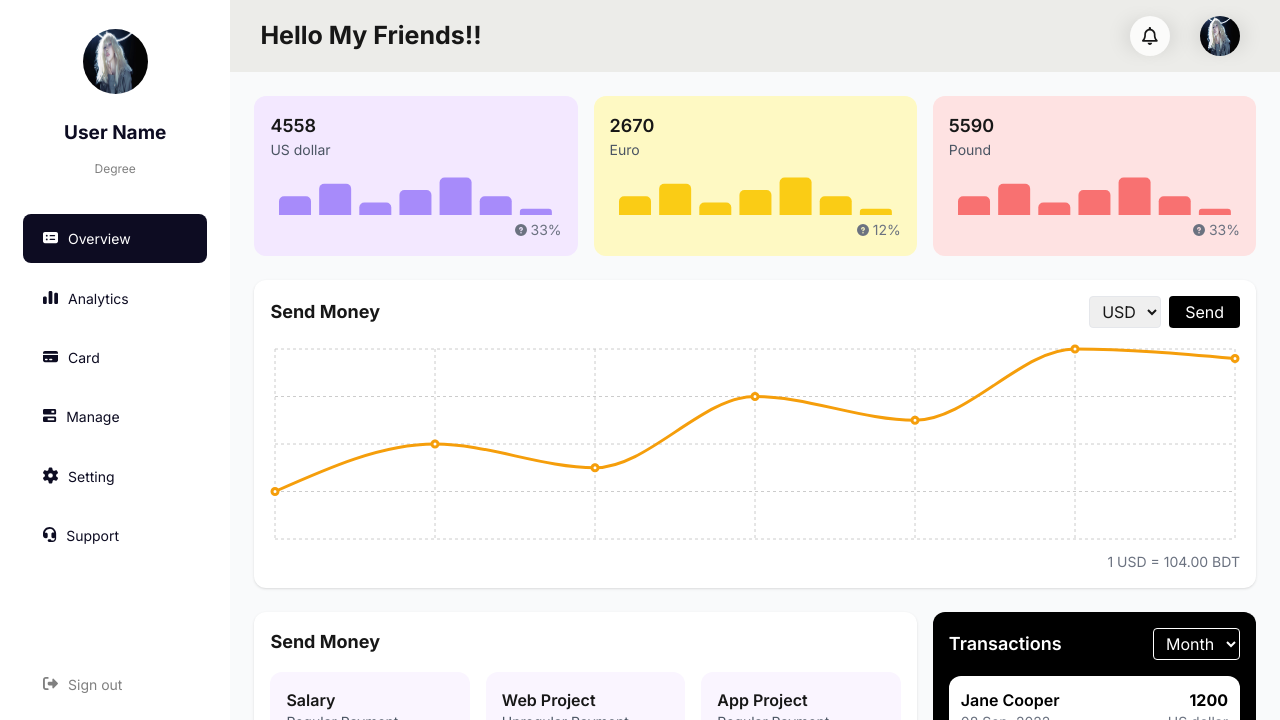
Repository: conGaStuer/airdropmamager
Page: /
An editor plug-in stored every save of this project. The page is shown before and after the next save, followed by the edit.
The browser window is 1280 px wide. The pictures show the whole page.
An inner scrolling area shows only its first screen. The project was rebuilt for these pictures with package versions that can differ from the ones it lists, and the page was loaded fresh each time. The framework's server and built-in components were replaced by stand-ins that run in the browser. Also part of the build but not shown: next.config.ts.

Above is the page before, as saved 2025-05-26 19:16:25.

### src/app/layout.tsx
import type { Metadata } from "next";
import { Geist, Geist_Mono, Inter } from "next/font/google";
import "../styles/globals.css";
import "../lib/fontawesome";
const geistSans = Geist({
  variable: "--font-geist-sans",
  subsets: ["latin"],
});

const geistMono = Geist_Mono({
  variable: "--font-geist-mono",
  subsets: ["latin"],
});
const inter = Inter({
  variable: "--font-inter",
  subsets: ["latin"],
  weight: ["400", "600", "700"],
});

export const metadata: Metadata = {
  title: "Create Next App",
  description: "Generated by create next app",
};

export default function RootLayout({
  children,
}: Readonly<{
  children: React.ReactNode;
}>) {
  return (
    <html lang="en">
      <body
        className={`${geistSans.variable} ${geistMono.variable} ${inter.variable} antialiased`}
      >
        {children}
      </body>
    </html>
  );
}

### src/app/page.tsx
import Link from "next/link";
import SideBar from "../components/SideBar";
import NavBar from "../components/NavBar";
import Chart from "../components/Chart";

export default function Home() {
  return (
    <div className="home">
      {/* <Link href="/airdrops">
        <button>Đi đến trang Airdrops</button>
      </Link> */}
      <NavBar />
      <SideBar />
      <Chart />
    </div>
  );
}

### src/styles/globals.css
@tailwind base;
@tailwind components;
@tailwind utilities;

:root {
  --background: #3b3a3a;
  --foreground: #171717;
}

@media (prefers-color-scheme: dark) {
  :root {
    --background: #6a6868;
    --foreground: #393737;
  }
}

body {
  color: var(--foreground);
  background: var(--background);
  font-family: inter;
  background-size: cover;
  background-position: center;
}

### src/lib/fontawesome.js
// src/lib/fontawesome.js
import { config } from "@fortawesome/fontawesome-svg-core";
import "@fortawesome/fontawesome-svg-core/styles.css";
config.autoAddCss = false; // ⛔️ Ngăn tự thêm CSS vì Next.js xử lý riêng

### src/components/SideBar.js
import React from "react";
import "../styles/sideBar.scss";
import { FontAwesomeIcon } from "@fortawesome/react-fontawesome";
import {
  faEdit,
  faTrash,
  faRectangleList,
  faChartSimple,
  faCreditCard,
  faBarsProgress,
  faGear,
  faHeadset,
  faRightFromBracket,
} from "@fortawesome/free-solid-svg-icons";
import Image from "next/image";
export default function SideBar() {
  return (
    <div className="side-bar">
      <div className="side-info">
        <div className="user-profile">
          <Image src="/styles/avt.jpg" alt="Avatar" width={80} height={80} />
          <h4>User Name</h4>
          <p>Degree</p>
        </div>
      </div>
      <div className="side-menu">
        <div className="menu-element menu-element1">
          <FontAwesomeIcon icon={faRectangleList} className="icon" />
          <span>Overview</span>
        </div>
        <div className="menu-element">
          <FontAwesomeIcon icon={faChartSimple} className="icon" />
          <span>Analytics</span>
        </div>
        <div className="menu-element">
          <FontAwesomeIcon icon={faCreditCard} className="icon" />
          <span>Card</span>
        </div>
        <div className="menu-element">
          <FontAwesomeIcon icon={faBarsProgress} className="icon" />
          <span>Manage</span>
        </div>
        <div className="menu-element">
          <FontAwesomeIcon icon={faGear} className="icon" />
          <span>Setting</span>
        </div>
        <div className="menu-element">
          <FontAwesomeIcon icon={faHeadset} className="icon" />

          <span>Support</span>
        </div>
      </div>
      <div className="side-logout">
        <FontAwesomeIcon icon={faRightFromBracket} className="icon" />
        <span>Sign out</span>
      </div>
    </div>
  );
}

### src/components/NavBar.js
import React from "react";
import "../styles/navbar.scss";
import { FontAwesomeIcon } from "@fortawesome/react-fontawesome";
import {
  faEdit,
  faTrash,
  faRectangleList,
  faChartSimple,
  faCreditCard,
  faBarsProgress,
  faGear,
  faHeadset,
  faRightFromBracket,
  faRing,
} from "@fortawesome/free-solid-svg-icons";
import { faBell } from "@fortawesome/free-regular-svg-icons";
import Image from "next/image";
export default function NavBar() {
  return (
    <div className="nav-side">
      <p>Hello My Friends!!</p>
      <div className="menu">
        <div className="iconn">
          <FontAwesomeIcon icon={faBell} className="icon" />
        </div>
        <Image src="/styles/avt.jpg" alt="Avatar" width={20} height={20} />
      </div>
    </div>
  );
}

### src/components/Chart.js
"use client";
import React from "react";
import {
  BarChart,
  Bar,
  LineChart,
  Line,
  XAxis,
  YAxis,
  CartesianGrid,
  Tooltip,
  ResponsiveContainer,
} from "recharts";
import { faQuestionCircle } from "@fortawesome/free-solid-svg-icons";
import { FontAwesomeIcon } from "@fortawesome/react-fontawesome";
import "../styles/chart.scss";
const barData = [
  { name: "Mon", value: 3 },
  { name: "Tue", value: 5 },
  { name: "Wed", value: 2 },
  { name: "Thu", value: 4 },
  { name: "Fri", value: 6 },
  { name: "Sat", value: 3 },
  { name: "Sun", value: 1 },
];

const lineData = [
  { name: "", value: 100 },
  { name: "", value: 200 },
  { name: "", value: 150 },
  { name: "", value: 300 },
  { name: "", value: 250 },
  { name: "", value: 400 },
  { name: "", value: 380 },
];

const transactions = [
  { name: "Jane Cooper", value: 1200, currency: "US dollar" },
  { name: "Leslie Alexander", value: 2890, currency: "Euro" },
  { name: "Flight Ticket", value: 1000, currency: "Pound" },
  { name: "Robert Fox", value: 2250, currency: "Euro" },
  { name: "KFC", value: 120, currency: "US dollar" },
  { name: "Jacob Jones", value: 1700, currency: "Pound" },
  { name: "Dev Cooper", value: 4500, currency: "Euro" },
];

export default function Chart() {
  return (
    <div className="p-6 bg-gray-50 font-sans custom-chart">
      <div className="grid grid-cols-1 md:grid-cols-3 gap-4">
        {[
          {
            label: "US dollar",
            value: 4558,
            color: "bg-purple-100",
            barColor: "#a78bfa",
            percent: 33,
          },
          {
            label: "Euro",
            value: 2670,
            color: "bg-yellow-100",
            barColor: "#facc15",
            percent: 12,
          },
          {
            label: "Pound",
            value: 5590,
            color: "bg-red-100",
            barColor: "#f87171",
            percent: 33,
          },
        ].map((item, idx) => (
          <div key={idx} className={`rounded-xl p-4 ${item.color}`}>
            <h3 className="text-lg font-semibold">{item.value}</h3>
            <p className="text-sm text-gray-600">{item.label}</p>
            <ResponsiveContainer width="100%" height={60}>
              <BarChart data={barData}>
                <Bar
                  dataKey="value"
                  fill={item.barColor}
                  radius={[5, 5, 0, 0]}
                />
              </BarChart>
            </ResponsiveContainer>
            <div className="flex items-center justify-end text-sm text-gray-500">
              <FontAwesomeIcon
                icon={faQuestionCircle}
                className="mr-1 text-xs"
              />
              {item.percent}%
            </div>
          </div>
        ))}
      </div>

      <div className="mt-6 bg-white rounded-xl p-4 shadow">
        <div className="flex justify-between items-center">
          <h2 className="text-lg font-bold">Send Money</h2>

          <div className="flex items-center gap-2">
            <select className="border rounded px-2 py-1">
              <option>USD</option>
            </select>
            <button className="bg-black text-white px-4 py-1 rounded">
              Send
            </button>
          </div>
        </div>
        <div className="mt-4">
          <ResponsiveContainer width="100%" height={200}>
            <LineChart data={lineData}>
              <CartesianGrid strokeDasharray="3 3" />
              <XAxis dataKey="name" hide />
              <YAxis hide />
              <Tooltip />
              <Line
                type="monotone"
                dataKey="value"
                stroke="#f59e0b"
                strokeWidth={3}
              />
            </LineChart>
          </ResponsiveContainer>
        </div>
        <p className="text-right text-sm text-gray-500 mt-2">
          1 USD = 104.00 BDT
        </p>
      </div>

      <div className="grid grid-cols-1 md:grid-cols-3 gap-4 mt-6">
        <div className="bg-white rounded-xl p-4 shadow md:col-span-2">
          <h3 className="text-lg font-bold mb-4">Send Money</h3>

          <div className="grid grid-cols-1 md:grid-cols-3 gap-4">
            {[
              {
                title: "Salary",
                type: "Regular Payment",
                value: 3500,
                currency: "US dollar",
              },
              {
                title: "Web Project",
                type: "Unregular Payment",
                value: 6500,
                currency: "Euro",
              },
              {
                title: "App Project",
                type: "Regular Payment",
                value: 1200,
                currency: "Pound",
              },
            ].map((item, idx) => (
              <div key={idx} className="bg-purple-50 p-4 rounded-xl">
                <h4 className="text-md font-semibold">{item.title}</h4>
                <p className="text-sm text-gray-600">{item.type}</p>
                <p className="text-xl font-bold mt-2">{item.value}</p>
                <span className="text-sm text-gray-500">{item.currency}</span>
              </div>
            ))}
          </div>
          <div className="mt-6 bg-white rounded-xl p-4 shadow">
            <div className="flex justify-between items-center mb-4">
              <p className="text-sm text-gray-500">A month ago</p>
              <p className="text-sm font-medium">Today</p>
            </div>
            <div className="bg-purple-50 p-4 rounded-xl">
              <div className="flex justify-between items-center mb-4">
                <h3 className="text-lg font-semibold">Send Money</h3>
                <a href="#" className="text-sm font-medium text-purple-600">
                  View All
                </a>
              </div>
              <div className="grid grid-cols-1 sm:grid-cols-3 gap-4">
                {[
                  {
                    title: "Salary",
                    type: "Regular Payment",
                    value: 3500,
                    currency: "US dollar",
                  },
                  {
                    title: "Web Project",
                    type: "Unregular Payment",
                    value: 6500,
                    currency: "Euro",
                  },
                  {
                    title: "App Project",
                    type: "Regular Payment",
                    value: 1200,
                    currency: "Pound",
                  },
                ].map((item, idx) => (
                  <div
                    key={idx}
                    className="bg-white rounded-xl p-4 shadow flex flex-col justify-between"
                  >
                    <div>
                      <div className="flex items-center space-x-2">
                        <div className="w-10 h-10 bg-purple-200 rounded-full flex items-center justify-center">
                          <span className="text-purple-700 font-bold text-lg">
                            {item.title.charAt(0)}
                          </span>
                        </div>
                        <div>
                          <h4 className="text-md font-semibold">
                            {item.title}
                          </h4>
                          <p className="text-sm text-gray-500">{item.type}</p>
                        </div>
                      </div>
                    </div>
                    <div className="mt-4">
                      <p className="text-xl font-bold">{item.value}</p>
                      <p className="text-sm text-gray-500">{item.currency}</p>
                    </div>
                  </div>
                ))}
              </div>
            </div>
          </div>
        </div>

        <div className="bg-black text-white rounded-xl p-4">
          <div className="flex justify-between items-center mb-4">
            <h3 className="text-lg font-semibold">Transactions</h3>
            <select className="bg-black text-white border border-white px-2 py-1 rounded">
              <option>Month</option>
            </select>
          </div>
          <ul className="space-y-3">
            {transactions.map((t, idx) => (
              <li
                key={idx}
                className="bg-white text-black p-3 rounded-xl flex justify-between items-center"
              >
                <div>
                  <p className="font-semibold">{t.name}</p>
                  <p className="text-sm text-gray-500">08 Sep, 2022</p>
                </div>
                <div className="text-right">
                  <p className="font-bold">{t.value}</p>
                  <p className="text-sm text-gray-500">{t.currency}</p>
                </div>
              </li>
            ))}
          </ul>
        </div>
      </div>
      <div className="mt-6 bg-white rounded-xl p-4 shadow">
        <div className="flex justify-between items-center mb-4">
          <p className="text-sm text-gray-500">A month ago</p>
          <p className="text-sm font-medium">Today</p>
        </div>
        <div className="bg-purple-50 p-4 rounded-xl">
          <div className="flex justify-between items-center mb-4">
            <h3 className="text-lg font-semibold">Send Money</h3>
            <a href="#" className="text-sm font-medium text-purple-600">
              View All
            </a>
          </div>
          <div className="grid grid-cols-1 sm:grid-cols-3 gap-4">
            {[
              {
                title: "Salary",
                type: "Regular Payment",
                value: 3500,
                currency: "US dollar",
              },
              {
                title: "Web Project",
                type: "Unregular Payment",
                value: 6500,
                currency: "Euro",
              },
              {
                title: "App Project",
                type: "Regular Payment",
                value: 1200,
                currency: "Pound",
              },
            ].map((item, idx) => (
              <div
                key={idx}
                className="bg-white rounded-xl p-4 shadow flex flex-col justify-between"
              >
                <div>
                  <div className="flex items-center space-x-2">
                    <div className="w-10 h-10 bg-purple-200 rounded-full flex items-center justify-center">
                      <span className="text-purple-700 font-bold text-lg">
                        {item.title.charAt(0)}
                      </span>
                    </div>
                    <div>
                      <h4 className="text-md font-semibold">{item.title}</h4>
                      <p className="text-sm text-gray-500">{item.type}</p>
                    </div>
                  </div>
                </div>
                <div className="mt-4">
                  <p className="text-xl font-bold">{item.value}</p>
                  <p className="text-sm text-gray-500">{item.currency}</p>
                </div>
              </div>
            ))}
          </div>
        </div>
      </div>
    </div>
  );
}

### src/styles/sideBar.scss
@mixin center-div {
  display: flex;
  flex-direction: column;
  justify-content: space-between;
  align-items: center;
}
@mixin no-space-text {
  margin: 0px;
  padding: 0px;
}
.side-bar {
  font-family: "Inter", sans-serif;
  @include center-div();
  width: 18%;
  height: 100vh;
  background-color: white;
  color: #808080;
  box-shadow: 10px 0 20px -5px rgba(0, 0, 0, 0.05),
    -10px 0 20px -5px rgba(0, 0, 0, 0.05);
  z-index: 1;
  .icon {
    font-size: 15px;
    margin-right: 10px;
    position: relative;
    top: -1px;
  }
  .side-info {
    width: 80%;
    height: 34%;
    display: flex;
    flex-direction: column;
    justify-content: space-around;
    align-items: center;
    position: relative;
    top: -10px;
    h4 {
      @include no-space-text();
      font-size: 18px;
      font-weight: bold;
    }
    .user-profile {
      width: 75%;
      height: 68%;
      @include center-div();

      img {
        width: 65px;
        height: 65px;
        border-radius: 50%;
      }
      h4 {
        font-size: 19px;
        font-weight: bold;
        @include no-space-text();
        position: relative;
        top: -3px;
        color: #0d0c22;
      }
      p {
        @include no-space-text();
        font-size: 12px;
        position: relative;
        top: -18px;
      }
    }
  }
  .side-menu {
    width: 80%;
    height: 48%;
    @include center-div();
    position: relative;
    top: -65px;
    .menu-element {
      width: 100%;
      height: 14%;
      background-color: white;
      border-radius: 8px;
      font-size: 14px;
      display: flex;
      align-items: center;
      padding: 20px;
      color: #0d0c22;
    }
    .menu-element1 {
      background-color: #0d0c22;
      color: white;
    }
  }
  .side-logout {
    width: 80%;
    height: 7%;
    display: flex;
    align-items: center;
    padding: 20px;
    margin-bottom: 10px;
    span {
      font-size: 14px;
    }
  }
}

### src/styles/navbar.scss
@mixin center-div {
  display: flex;

  justify-content: space-between;
  align-items: center;
}
@mixin no-space-text {
  margin: 0px;
  padding: 0px;
}
.nav-side {
  width: 82%;
  height: 10vh;
  background-color: #ecece9;
  position: fixed;
  float: right;
  right: 0px;

  border-bottom-right-radius: 0px;
  @include center-div();
  padding-left: 30px;
  padding-right: 40px;
  border-bottom: 0.5px srgb(187, 184, 184) 08080;
  p {
    font-size: 25px;
    font-weight: bold;
    font-family: "Inter", sans-serif;
  }
  .menu {
    width: 120px;
    height: 90%;
    @include center-div();

    .iconn {
      width: 40px;
      height: 40px;
      background-color: #fbfbfa;
      border-radius: 50%;
      @include center-div();
      justify-content: center;
      position: relative;
      left: 10px;
      box-shadow: 10px 0 20px -5px rgba(0, 0, 0, 0.1),
        -10px 0 20px -5px rgba(0, 0, 0, 0.1);

      .icon {
        font-size: 18px;
      }
    }
    img {
      width: 40px;
      height: 40px;
      border-radius: 50%;
      box-shadow: 10px 0 20px -5px rgba(0, 0, 0, 0.1),
        -10px 0 20px -5px rgba(0, 0, 0, 0.1);
    }
  }
}

### src/styles/chart.scss
.custom-chart {
  width: 82%;
  height: 92vh;
  position: fixed;
  top: 10%;
  float: right;
  right: 0px;
  z-index: 0;
  overflow: auto;
}

### tailwind.config.ts
import type { Config } from "tailwindcss";

export default {
  content: [
    "./src/pages/**/*.{js,ts,jsx,tsx,mdx}",
    "./src/components/**/*.{js,ts,jsx,tsx,mdx}",
    "./src/app/**/*.{js,ts,jsx,tsx,mdx}",
  ],
  theme: {
    extend: {
      colors: {
        background: "var(--background)",
        foreground: "var(--foreground)",
      },
      fontFamily: {
        sans: ["var(--font-inter)", "sans-serif"],
      },
    },
  },
  plugins: [],
} satisfies Config;

After the next save:
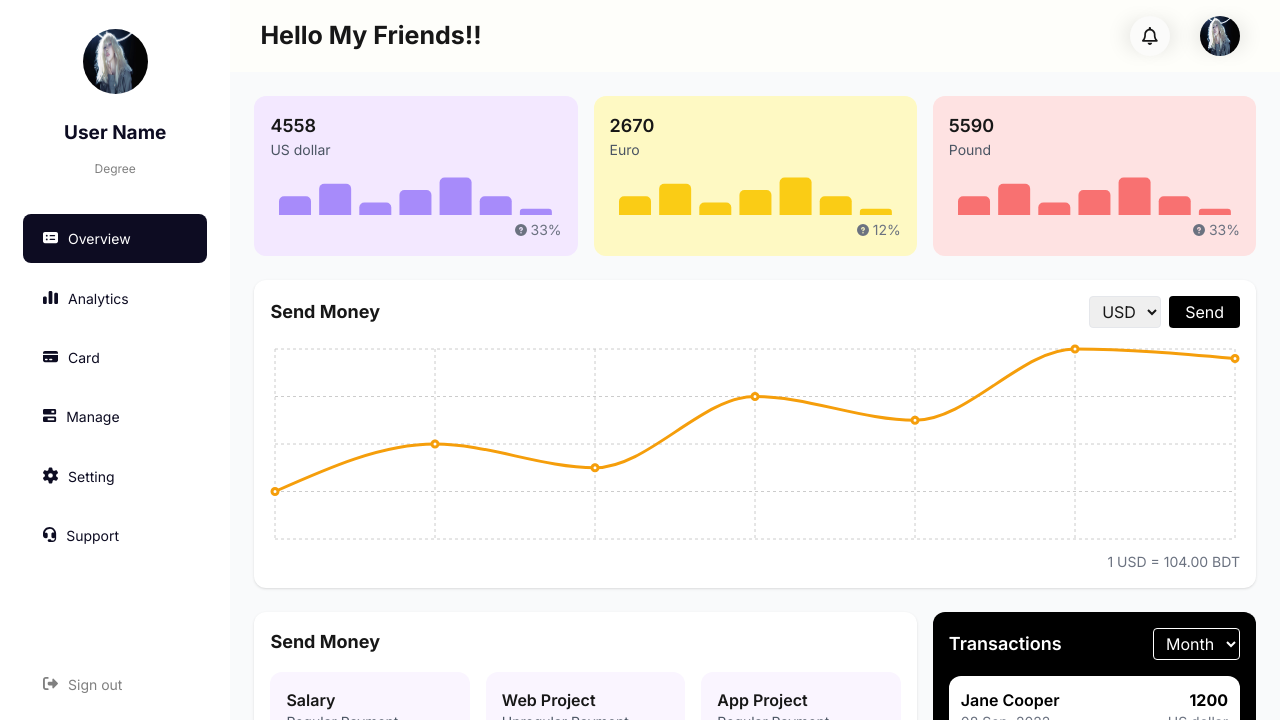
Saved 16 s later.
--- a/src/styles/navbar.scss
+++ b/src/styles/navbar.scss
@@ -11,7 +11,7 @@
 .nav-side {
   width: 82%;
   height: 10vh;
-  background-color: #ecece9;
+  background-color: #fefefa;
   position: fixed;
   float: right;
   right: 0px;
